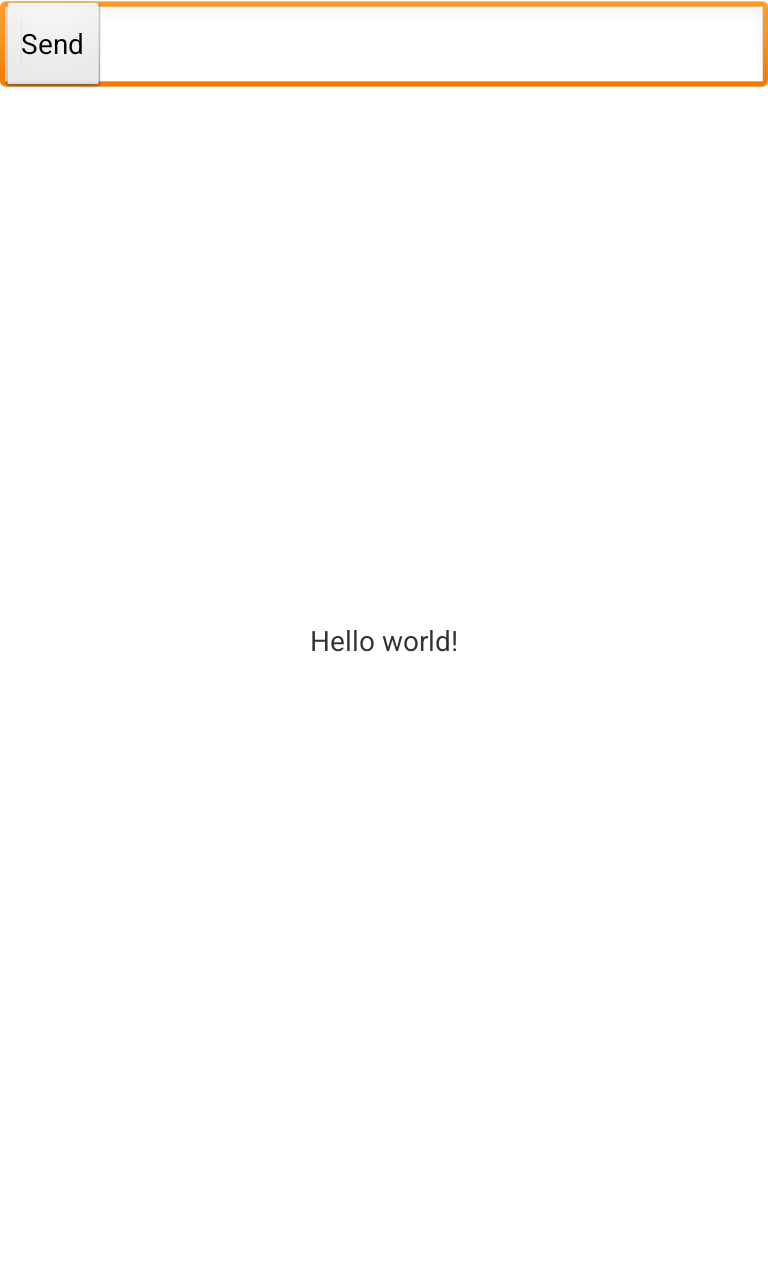
Repository: Shadow55AA/Archive-Android
Layout: SocketsClient/SocketsClient/res/layout/activity_sockets_client.xml
The author's editor kept a copy of each file at every save. The layout is drawn from the files as they stood at one save, then again after the next save.
It is drawn on a 768 x 1280 px phone screen (xhdpi) without system bars, with theme AppTheme; the app's code is not run.

Above is the layout before, as saved 2012-08-31 22:28:01.

After the next save:
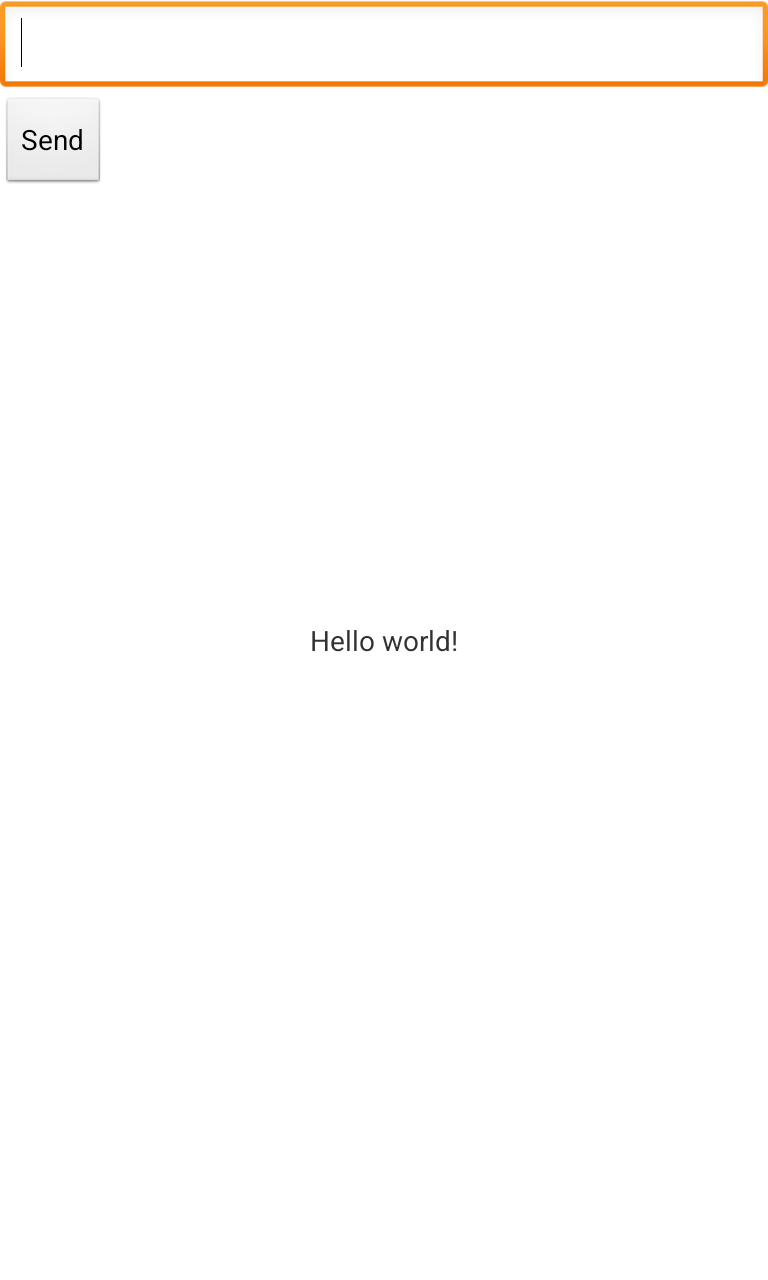
Saved 10 s later.
--- a/SocketsClient/SocketsClient/res/layout/activity_sockets_client.xml
+++ b/SocketsClient/SocketsClient/res/layout/activity_sockets_client.xml
@@ -28,7 +28,7 @@
         android:layout_width="wrap_content"
         android:layout_height="wrap_content"
         android:layout_alignParentLeft="true"
-        android:layout_below="@+id/editText1"
+        android:layout_below="@+id/outtext"
         android:text="@string/btn_send" />
 
 </RelativeLayout>
